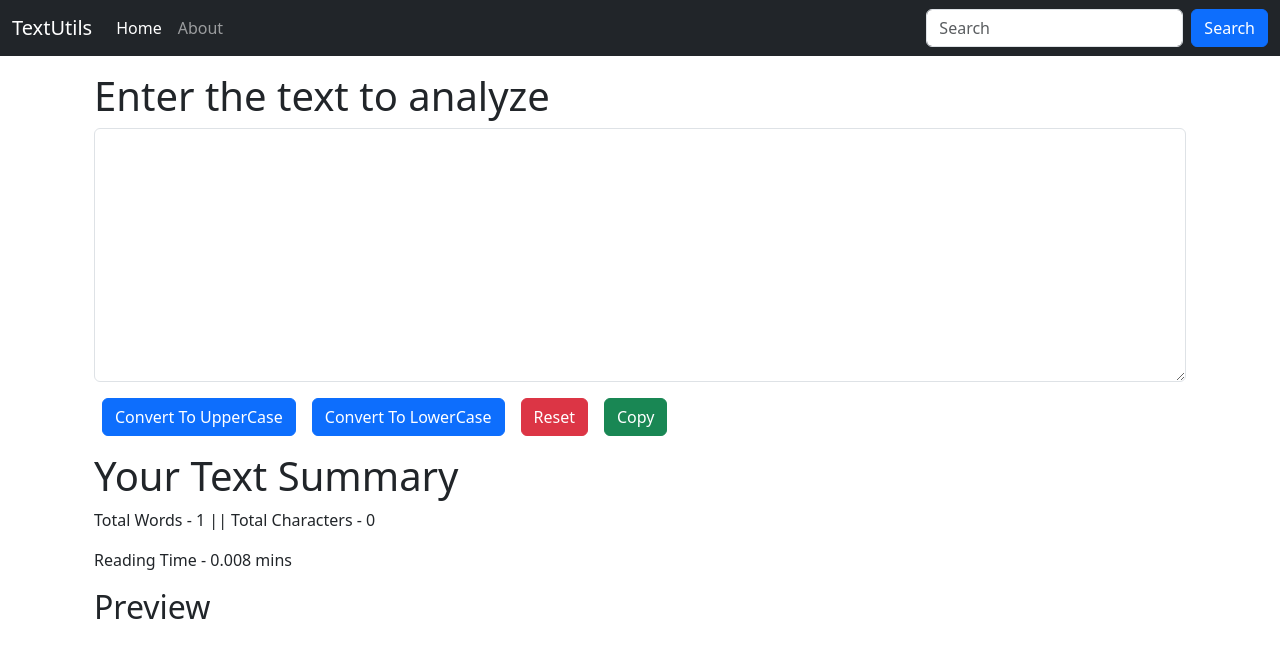
Repository: Rohit-foryou/Text-Utils
Page: /
These files come from the project's save history. The page is drawn as it stood at one moment and after the next save; the edit follows.
The browser window is 1280 px wide. The pictures show the whole page.
The project was rebuilt for these pictures with package versions that can differ from the ones it lists, and the page was loaded fresh each time. Also part of the build but not shown: src/index.css, src/App.css.

Above is the page before, as saved 2023-12-20 21:55:41.

After the next save:
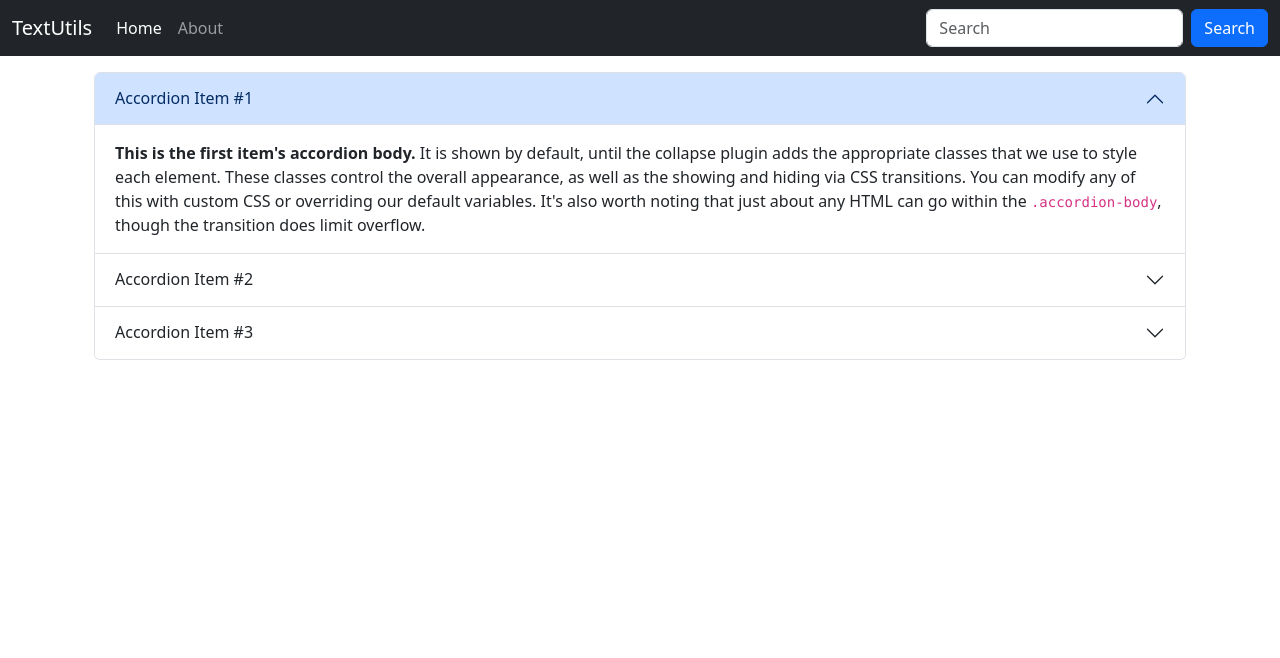
Saved 48 s later.
--- a/src/App.js
+++ b/src/App.js
@@ -1,4 +1,5 @@
 import "./App.css";
+import About from "./components/About";
 import Navbar from "./components/Navbar";
 import TextForm from "./components/TextForm";
 
@@ -8,7 +9,8 @@ function App() {
     <>
       <Navbar title = "TextUtils" aboutText = "About"/>
       <div className="container my-3">
-      <TextForm heading = "Enter the text to analyze"/>
+      {/* <TextForm heading = "Enter the text to analyze"/> */}
+      <About/>
       </div>
     </>
   );
